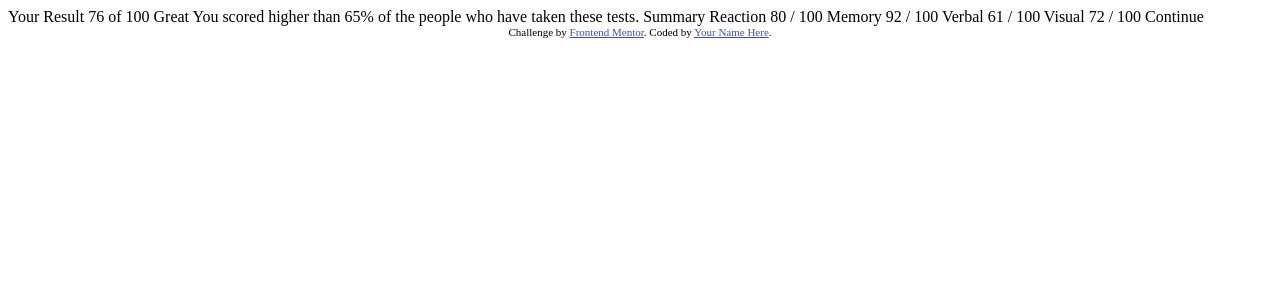
Repository: KamoliddinGIT/result-summary
Page: index.html
The author's editor kept a copy of each file at every save. The page is drawn from the files as they stood at one save, then again after the next save.
The browser window is 1280 px wide. The pictures show the whole page.

Above is the page before, as saved 2023-09-07 17:07:02.

After the next save:
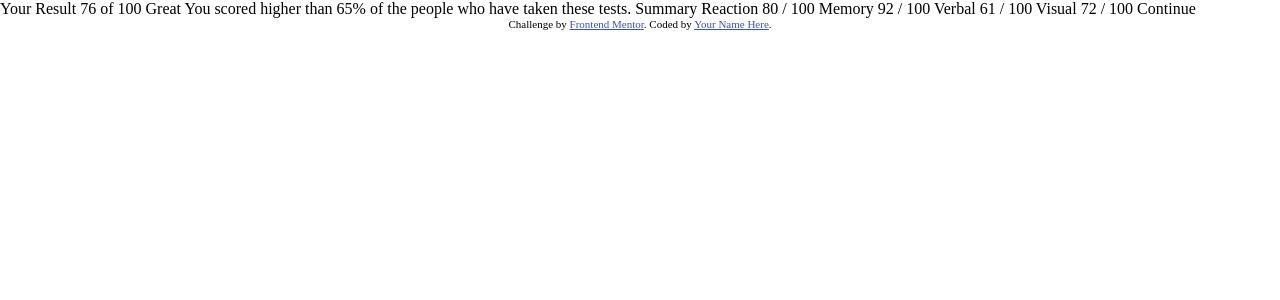
Saved 13 s later.
--- a/index.html
+++ b/index.html
@@ -9,6 +9,7 @@
       sizes="32x32"
       href="./assets/images/favicon-32x32.png"
     />
+    <link rel="stylesheet" href="css/style.css" />
     <title>Frontend Mentor | Results summary component</title>
     <style>
       .attribution {
